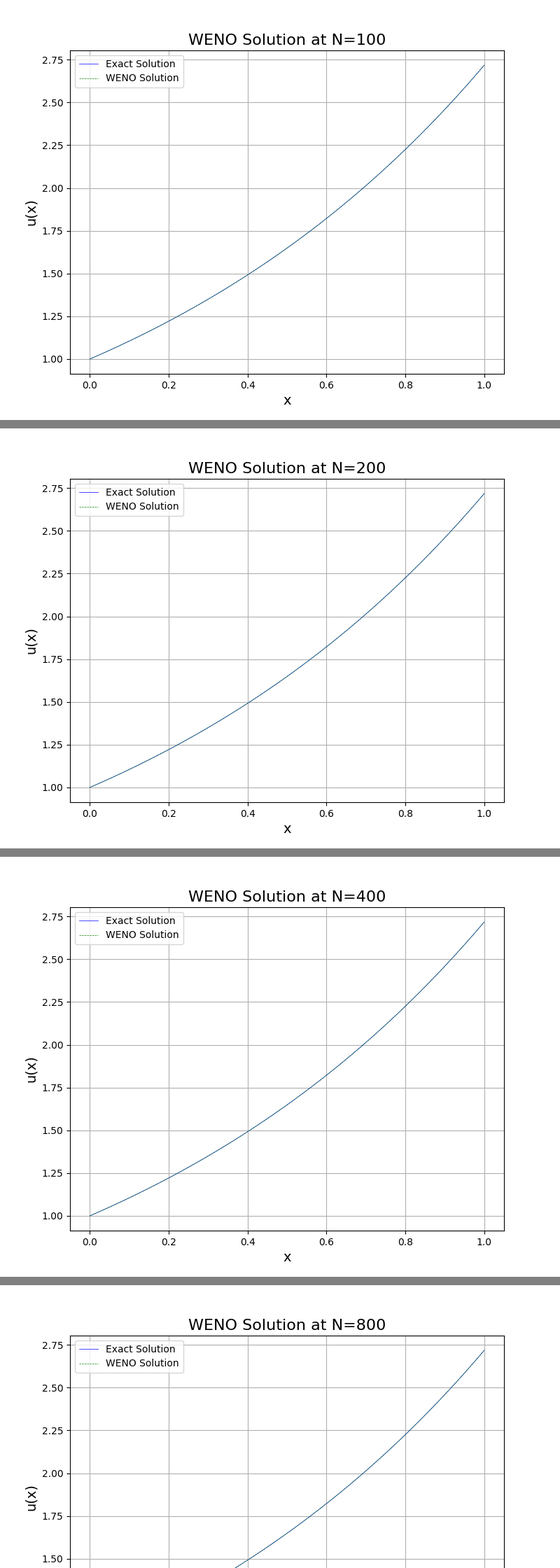
Repository: mishiroo/WENO
Script's output: python main.py
An editor plug-in stored every save of this project. The script's output is shown before and after the next save, followed by the edit.
The pictures show rows 0 to 2240 of an output 3048 px tall, at 70% of full size.
Each picture stacks the figures in order, with grey between them; figures that are only written to a file come last. Random numbers start from a fixed seed.

Above is the script's output before, as saved 2024-12-03 15:14:43.

### main.py
import WENO
import ErrorAnalysis as EA
import numpy as np
import tqdm

# 计算误差阶
# N: Num of cells
NList = [100, 200, 400, 800, 1600]
L2ErrorList = []
LinfErrorList = []
Solutions = []

for n in NList:
    print(f"num of cells = {n}...")
    mesh = WENO.Mesh(0, 1, n)
    mesh.SetTestAverageValues()
    theo_values = np.exp(mesh.mesh)
    weno = WENO.WENO1D(mesh=mesh.mesh, avg_values=mesh.avg_values)
    weno5_solution = np.zeros_like(mesh.mesh)
    for i in tqdm.tqdm(range(weno.N+1)):
        weno5_solution[i] = weno.WENOReconstruct(i)
    LinfErrorList.append(EA.LinfError(theo_values, weno5_solution))
    L2ErrorList.append(EA.L2Error(theo_values, weno5_solution))
    Solutions.append(weno5_solution)
    EA.Draw(mesh.mesh, theo_values, weno5_solution)


EA.SaveError("WENO5Error.xlsx", NList, L2ErrorList, LinfErrorList)

### WENO.py
import numpy as np
from typing import List
# 1D dimension
class WENO1D:

    def __init__(self, mesh: np.ndarray, avg_values: np.ndarray, order=5) -> None:
        """初始化WENO类

        Args:
            mesh (np.ndarray): 网格剖分[lb,...ub]
            avg_values (np.ndarray): 网格剖分[lb,...ub]
            order (int, optional): WENO算法阶数. Defaults to 5.
        """
        assert np.size(mesh) - 1 == np.size(
            avg_values
        ), "len(mesh) == len(avg_values) + 1"
        self.avg_values = avg_values
        self.mesh = mesh

        self.order = order
        self.lb = mesh[0]
        self.ub = mesh[-1]
        self.N = len(mesh) - 1  # Num of cells
        self.k = int((order + 1) / 2)  # Num of stencils
        # 查表得到模板组合线性权
        if order == 1:
            self.weights_d = [1]
        elif order == 3:
            self.weights_d = [2 / 3, 1 / 3]
        elif order == 5:
            self.weights_d = [1 / 10, 3 / 5, 3 / 10]
            # 查表得到模板组合系数
            self.C = np.array(
                [
                    [1 / 3, -7 / 6, 11 / 6],
                    [-1 / 6, 5 / 6, 1 / 3],
                    [1 / 3, 5 / 6, -1 / 6],
                    [11 / 6, -7 / 6, 1 / 3],
                ]
            )
        else:
            raise ValueError("order must be 1, 2 or 3")  # 其他阶的系数论文没给，先不写

    def StencilReconstruct(self, index: int) -> List[float]:
        """根据模板进行重构 精度为k阶

        Args:
            index (int): 计算节点的位置索引

        Returns:
            List[float]: 不同模板上的重构结果
        """
        stencil_index = index - 1
        stencil_recons = np.zeros(self.k)  # 存储不同模板重构结果的值
        if stencil_index - self.k + 1 >= 0 and stencil_index + self.k - 1 <= self.N - 1:
            for i in range(self.k):
                stencil_recons[i] = np.inner(
                    self.C[i],
                    self.avg_values[
                        stencil_index - self.k + 1 + i : stencil_index + i + 1
                    ],
                )

        elif stencil_index - self.k + 1 < 0:
            for i in range(self.k):
                stencil_recons[i] = np.inner(
                    self.C[-1],
                    self.avg_values[stencil_index+1 : stencil_index + self.k+1],
                )

        elif stencil_index + self.k - 1 > self.N - 1:
            for i in range(self.k):
                stencil_recons[i] = np.inner(
                    self.C[0],
                    self.avg_values[stencil_index - self.k + 1 : stencil_index + 1],
                )
        return stencil_recons


    def SmoothIndicators(self, index: int) -> np.ndarray:
        """计算指示器

        Args:
            index (int): 索引

        Returns:
            np.ndarray: 平滑指示函数
        """
        assert self.k == 2 or self.k == 3, "SmoothIndicators only support k=3 NOW!"
        # 处理非法值
        if index < self.k - 1 or index > self.N - self.k:
            return self.weights_d
        else:
            if self.k == 2:
                beta0 = self.avg_values[index + 1] - self.avg_values[index]
                beta1 = self.avg_values[index] - self.avg_values[index - 1]
                return [beta0, beta1]
            elif self.k == 3:
                beta0 = (
                    13
                    / 12
                    * (
                        self.avg_values[index + 1]
                        - 2 * self.avg_values[index + 1]
                        + self.avg_values[index + 2]
                    )
                    ** 2
                )
                +1 / 4 * (
                    3 * self.avg_values[index]
                    - 4 * self.avg_values[index + 2]
                    + self.avg_values[index + 2]
                ) ** 2
                beta1 = (
                    13
                    / 12
                    * (
                        self.avg_values[index - 1]
                        - 2 * self.avg_values[index]
                        + self.avg_values[index + 1]
                    )
                    ** 2
                )
                +1 / 4 * (self.avg_values[index - 1] - self.avg_values[index + 1]) ** 2
                beta2 = (
                    13
                    / 12
                    * (
                        self.avg_values[index - 2]
                        - 2 * self.avg_values[index - 1]
                        + self.avg_values[index]
                    )
                    ** 2
                )
                +1 / 4 * (
                    3 * self.avg_values[index]
                    - 4 * self.avg_values[index - 1]
                    + self.avg_values[index - 2]
                ) ** 2
            return [beta0, beta1, beta2]

    def FormWeights(self, index: int, eps=1e-6) -> np.ndarray:
        """计算归一化权重

        Args:
            index (int): 索引

        Returns:
            np.ndarray: 权重
        """
        alpha = np.zeros(self.k)
        beta = self.SmoothIndicators(index)
        for i in range(self.k):
            alpha[i] = self.weights_d[i] / (eps + beta[i]) ** 2
        return alpha / np.sum(alpha)

    def WENOReconstruct(self, index: int, eps=1e-6) -> float:
        """WENO加权后的重构 精度为2k-1阶

        Args:
            index (int): 索引
            eps (_type_, optional): eps参数. Defaults to 1e-6.

        Returns:
            float: 插值结果
        """
        weights = self.FormWeights(index, eps=eps)
        return np.inner(self.weights_d, self.StencilReconstruct(index))


class Mesh:
    def __init__(self, lb: float, ub: float, N: int) -> None:
        """初始化网格

        Args:
            lb (float): 左边界
            ub (float): 右边界
            N (int): cells数量
        """
        self.lb = lb
        self.ub = ub
        self.N = N
        self.mesh = np.linspace(lb, ub, N + 1)
        self.avg_values = np.zeros(N)  # Initialize avg_values

    def BindAverageValues(self, avg_values: List[float]) -> None:
        """绑定平均值

        Args:
            avg_values (List[float]): 平均值
        """
        assert len(avg_values) == self.N, "avg_values length must be N"
        self.avg_values = avg_values

    def SetTestAverageValues(self):
        """测试用例
        func = e^x
        设置精确的单元格积分均值
        """
        for i in range(self.N):
            integrate = np.exp(self.mesh[i + 1]) - np.exp(self.mesh[i])
            self.avg_values[i] = integrate / (self.mesh[i + 1] - self.mesh[i])

### ErrorAnalysis.py
# 分析计算结果的收敛阶 绘制计算效果图
import numpy as np
import pandas as pd
from typing import List
from matplotlib import pyplot as plt


def AccuracyOrder(N1: int, N2: int, Error1: int, Error2: int) -> float:
    """给定两组剖分和计算结果，计算收敛阶

    Args:
        N1 (int): 第一次剖分的网格数
        N2 (int): 第二次剖分的网格数
        Error1 (int): 第一次剖分的误差
        Error2 (int): 第二次剖分的误差

    Returns:
        float: 收敛阶
    """
    return np.log(Error1 / Error2) / np.log(N2 / N1)


def AccuracyOrders(NList: List[int], ErrorList: List[float]) -> np.ndarray:
    """对两组及以上剖分结果进行收敛阶分析 返回长度为len(NList)第一个元素为None的收敛阶数组

    Args:
        NList (List[int]): 网格剖分参数列表
        ErrorList (List[float]): 误差结果列表

    Returns:
        np.ndarray: 收敛阶列表
    """
    assert len(NList) == len(
        ErrorList
    ), f"length of NList and ErrorList must be equal, but {len(NList)} and {len(ErrorList)} are given"
    orderList = np.zeros(len(NList))
    orderList[0] = None
    for i in range(1, len(NList)):
        orderList[i] = AccuracyOrder(
            NList[i], NList[i - 1], ErrorList[i], ErrorList[i - 1]
        )
    return orderList


def SaveError(
    fn: str, NList: List[int], L2ErrorList: List[float], LinfErrorList: List[float]
) -> None:
    """保存误差结果

    Args:
        fn (str): 保存文件名
        NList (List[int]): 网格剖分参数列表
        ErrorList (List[float]): 误差结果列表
    """
    ac_orders_l2 = AccuracyOrders(NList, L2ErrorList)
    ac_orders_linf = AccuracyOrders(NList, LinfErrorList)
    # 保存计算结果
    data = {
        "N": NList,
        "L2Error": L2ErrorList,
        "L2Order": ac_orders_l2,
        "LInfError": LinfErrorList,
        "LInfOrder": ac_orders_linf,
    }
    df = pd.DataFrame(data)
    df.to_excel(fn, index=False)


def L2Error(analytical: List[float], numerical: List[float]) -> float:
    """计算L2误差

    Args:
        analytical (List[float]): 解析解
        numerical (List[float]): 数值解

    Returns:
        float: L2误差
    """
    return np.sqrt(np.sum([(a - n) ** 2 for a, n in zip(analytical, numerical)]))


def LinfError(analytical: List[float], numerical: List[float]) -> float:
    """计算Linf误差

    Args:
        analytical (List[float]): 解析解
        numerical (List[float]): 数值解

    Returns:
        float: Linf误差
    """
    return max([abs(a - n) for a, n in zip(analytical, numerical)])


def Draw(
    mesh: np.ndarray,
    theo_values: np.ndarray,
    weno_values: np.ndarray,
    show=False,
    fn: str = None,
):
    """只绘制剖分为N的精确值与数值解对比图

    Args:
        mesh (np.ndarray): 剖分网格
        theo_values (np.ndarray): 理论值
        weno_values (np.ndarray): WENO求解结果
        show(Bool, optional): 是否显示图形. Defaults to False.
        fn (str, optional): 保存文件名. Defaults to None.
    """
    N = mesh.size - 1
    # 创建图形
    plt.figure(figsize=(8, 6))

    # 绘制理论值
    plt.plot(
        mesh,
        theo_values,
        label="Exact Solution",
        color="blue",
        linestyle="-",
        linewidth=0.5,
    )
    # 绘制WENO数值解
    plt.plot(
        mesh,
        weno_values,
        label="WENO Solution",
        color="green",
        linestyle="--",
        linewidth=0.5,
    )
    # 设置标题和标签

    plt.title(f"WENO Solution at N={N}", fontsize=16)
    plt.xlabel("x", fontsize=14)
    plt.ylabel("u(x)", fontsize=14)

    # 显示图例
    plt.legend()

    # 显示网格
    plt.grid(True)
    if fn is not None:
        plt.savefig(f"figures/{fn}.png")
    else:
        plt.savefig(f"figures/WENO5-N={N}.png")
    # 展示图形
    if show:
        plt.show()

After the next save:
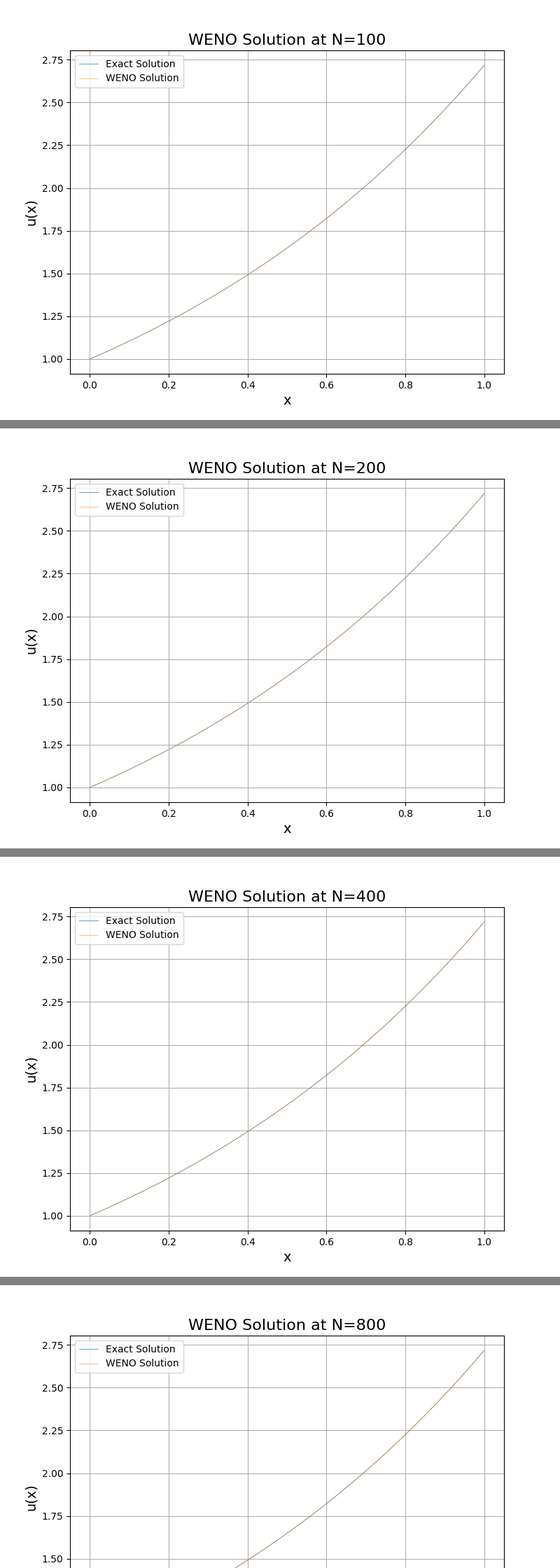
Saved 7 s later.
--- a/ErrorAnalysis.py
+++ b/ErrorAnalysis.py
@@ -117,7 +117,6 @@ def Draw(
         mesh,
         theo_values,
         label="Exact Solution",
-        color="blue",
         linestyle="-",
         linewidth=0.5,
     )
@@ -126,7 +125,6 @@ def Draw(
         mesh,
         weno_values,
         label="WENO Solution",
-        color="green",
         linestyle="--",
         linewidth=0.5,
     )
